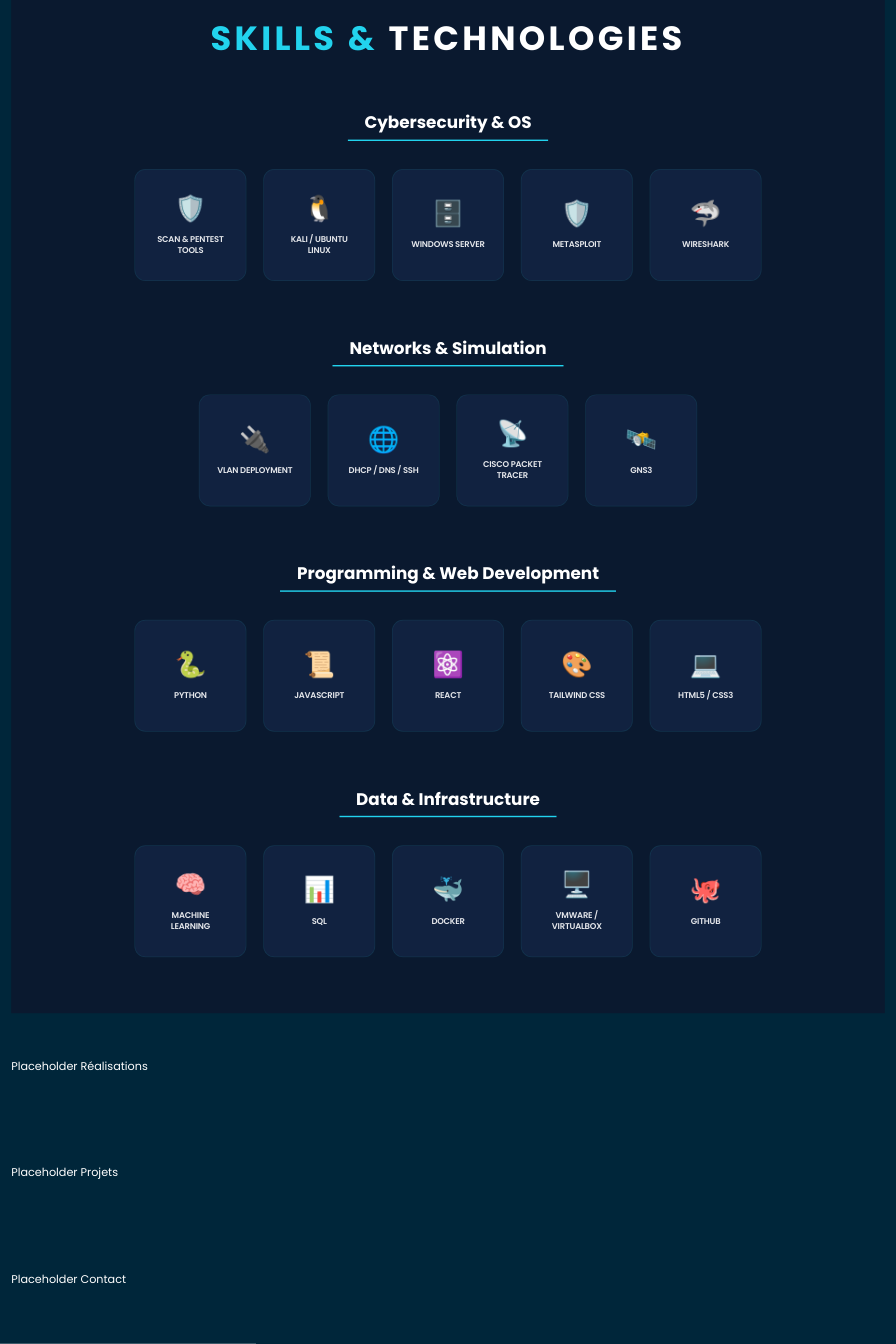
Repository: AntaaaKD/Mon-Portfolio
Page: /
These files come from the project's save history. The page is drawn as it stood at one moment and after a run of saves; the edit follows.
The browser window is 1280 px wide. The pictures show the part of the page from y = 1468 to 3388 px (the page is 3388 px tall), at 70% of full size.
The project was rebuilt for these pictures with package versions that can differ from the ones it lists, and the page was loaded fresh each time.

Above is the page before, as saved 2026-01-14 23:25:39.

### public/index.html
<!DOCTYPE html>
<html lang="en">
  <link href="https://fonts.googleapis.com/css2?family=Poppins:wght@400;600;700&display=swap" rel="stylesheet">
  <head>
    <meta charset="utf-8" />
    <link rel="icon" href="%PUBLIC_URL%/favicon.ico" />
    <meta name="viewport" content="width=device-width, initial-scale=1" />
    <meta name="theme-color" content="#000000" />
    <meta
      name="description"
      content="Web site created using create-react-app"
    />
    <link rel="apple-touch-icon" href="%PUBLIC_URL%/logo192.png" />
    <!--
      manifest.json provides metadata used when your web app is installed on a
      user's mobile device or desktop. See https://developers.google.com/web/fundamentals/web-app-manifest/
    -->
    <link rel="manifest" href="%PUBLIC_URL%/manifest.json" />
    <!--
      Notice the use of %PUBLIC_URL% in the tags above.
      It will be replaced with the URL of the `public` folder during the build.
      Only files inside the `public` folder can be referenced from the HTML.

      Unlike "/favicon.ico" or "favicon.ico", "%PUBLIC_URL%/favicon.ico" will
      work correctly both with client-side routing and a non-root public URL.
      Learn how to configure a non-root public URL by running `npm run build`.
    -->
    <title>React App</title>
  </head>
  <body>
    <noscript>You need to enable JavaScript to run this app.</noscript>
    <div id="root"></div>
    <!--
      This HTML file is a template.
      If you open it directly in the browser, you will see an empty page.

      You can add webfonts, meta tags, or analytics to this file.
      The build step will place the bundled scripts into the <body> tag.

      To begin the development, run `npm start` or `yarn start`.
      To create a production bundle, use `npm run build` or `yarn build`.
    -->
  </body>
</html>

### src/index.css
@tailwind base;
@tailwind components;
@tailwind utilities;

body {
  margin: 0;
  font-family: 'Poppins', sans-serif;
  -webkit-font-smoothing: antialiased;
  -moz-osx-font-smoothing: grayscale;
}

code {
  font-family: source-code-pro, Menlo, Monaco, Consolas, 'Courier New',
    monospace;
}

### src/App.js
import React from 'react';
import Navbar from './components/Navbar';
import Home from './components/Home';  // Ajoute cet import
import About from './components/About';
import Skills from './components/Skills';

function App() {
  return (
    <div className="min-h-screen bg-custom-blue text-white">
      <Navbar />
      <main className="container mx-auto p-4">
        <Home />  {/* Remplace le placeholder */}
        <About />
        <Skills />
        <section id="achievements" className="py-16">Placeholder Réalisations</section>
        <section id="projects" className="py-16">Placeholder Projets</section>
        <section id="contact" className="py-16">Placeholder Contact</section>
      </main>
    </div>
  );
}

export default App;

### src/components/Navbar.jsx
import React, { useState, useEffect } from 'react';

const Navbar = () => {
  const [scrolled, setScrolled] = useState(false);

  useEffect(() => {
    const handleScroll = () => {
      if (window.scrollY > 50) {
        setScrolled(true);
      } else {
        setScrolled(false);
      }
    };

    window.addEventListener('scroll', handleScroll);
    return () => window.removeEventListener('scroll', handleScroll);
  }, []);

  return (
    <nav
        className={`p-4 sticky top-0 z-10 transition-all duration-300 ${
            scrolled
            ? 'bg-custom-blue bg-opacity-0 backdrop-blur-md'  // Semi-transparent (30%) + blur fort
            : 'bg-custom-blue'  // Bleu solide au top
        }`}
    >
        <div className="container mx-auto flex justify-between items-center">
            <h1 className="text-xl font-bold text-blue-text">AD</h1>
            <ul className="flex space-x-6 text-white">
            <li><a href="#home" className="hover:text-cyan-300">Home</a></li>
            <li><a href="#about" className="hover:text-cyan-300">About</a></li>
            <li><a href="#skills" className="hover:text-cyan-300">Skills</a></li>
            <li><a href="#achievements" className="hover:text-cyan-300">Achievements</a></li>
            <li><a href="#projects" className="hover:text-cyan-300">Projects</a></li>
            <li><a href="#contact" className="hover:text-cyan-300">Contact</a></li>
            </ul>
        </div>
    </nav>
  );
};

export default Navbar;

### src/components/Home.jsx
import React, { useEffect, useRef } from 'react';
import Typed from 'typed.js';

const Home = () => {
  // Création d'une référence pour l'élément qui accueillera l'animation
  const el = useRef(null);

  useEffect(() => {
    const typed = new Typed(el.current, {
      strings: [
        "Cybersecurity Engineer",
        "Founder of Sa Muse",
      ],
      typeSpeed: 100,
      backSpeed: 90,
      loop: true,
    });

    // Nettoyage de l'animation pour éviter les bugs de mémoire
    return () => {
      typed.destroy();
    };
  }, []);

  return (
    <section id="home" className="flex flex-col items-center justify-center h-screen text-center px-4">
      <h1 className="text-6xl font-bold mb-4">
        Hi, I'm <span className="text-blue-text">Anta DIOP</span>
      </h1>

      {/* On applique la ref ici pour l'animation */}
      <h2 className="text-2xl font-bold text-cyan-400 mb-6 h-8">
        <span ref={el}></span>
      </h2>

      <p className="text-lg mb-8 max-w-2xl">
        A Cybersecurity Engineer, I am passionate about analyzing, protecting, and detecting threats across systems and networks.
        I am also particularly interested in artificial intelligence applied to cybersecurity, a field that offers highly promising perspectives.
      </p>

      <div className="flex space-x-4">
        <a href="#projects" className="bg-blue-text text-lg px-6 py-3 rounded-full hover:bg-cyan-400 transition">
            View my Projects
        </a>
        <a href="/cv.pdf" download className="px-6 py-3 rounded-full border border-cyan-500 text-lg hover:bg-cyan-500 hover:text-custom-blue transition">
            Download CV
        </a>
      </div>
    </section>
  );
};

export default Home;

### src/components/About.jsx
import React from 'react';

const About = () => {
  return (
    <section id="about" className="py-20 px-4 bg-custom-blue text-white">
      <div className="max-w-6xl mx-auto">
        {/* Titre de la section */}
        <h2 className="text-4xl font-bold text-center mb-16">
          About <span className="text-cyan-400">Me</span>
        </h2>

        <div className="flex flex-col md:flex-row items-center justify-between gap-12">

          {/* Colonne Image avec l'effet de halo bleu */}
          <div className="relative w-64 h-64 md:w-80 md:h-80">
            <div className="absolute inset-0 rounded-full bg-cyan-400 opacity-20 blur-2xl animate-pulse"></div>
            <div className="relative w-full h-full rounded-full border-4 border-cyan-400 overflow-hidden shadow-[0_0_20px_rgba(34,211,238,0.5)]">
              <img
                src="/image1.png"
                alt="Anta DIOP"
                className="w-full h-full object-cover"
              />
            </div>
          </div>

          {/* Colonne Texte */}
          <div className="flex-1 text-center md:text-left">
            <h3 className="text-xl mb-4">
              Hello, I'm <span className="text-cyan-400 font-bold">Anta DIOP</span>
            </h3>
            <p className="text-gray-300 mb-6 leading-relaxed">
              I am a Cybersecurity Systems Engineer, graduated from the École Supérieure Polytechnique of Dakar.
              My journey began with a degree in Telecoms and Networks, leading me to specialize in IT Security.
              I am also deeply interested in Artificial Intelligence, especially its role in enhancing cybersecurity.
            </p>
            <p className="text-gray-300 mb-8 leading-relaxed">
              Alongside my engineering path, I founded <span className="text-cyan-400 font-bold"> Sa Muse: Awaken the muse within you</span>.
              What started as a creative hobby: crochet, evolved into a bespoke clothing business. This venture allows me to channel my creativity while managing an entrepreneurial project I truly love.
            </p>

            {/* Cartes de statistiques (comme sur le modèle) */}
            <div className="flex flex-wrap justify-center md:justify-start gap-4">
              <div className="bg-[#112240] p-4 rounded-xl border border-cyan-900 w-40">
                <p className="text-cyan-400 font-bold text-xl">4+ years</p>
                <p className="text-xs text-gray-400">Experience</p>
              </div>
              <div className="bg-[#112240] p-4 rounded-xl border border-cyan-900 w-40">
                <p className="text-cyan-400 font-bold text-xl">7+ projects</p>
                <p className="text-xs text-gray-400">Completed</p>
              </div>
              <div className="bg-[#112240] p-4 rounded-xl border border-cyan-900 w-40">
                <p className="text-cyan-400 font-bold text-xl">Graduate</p>
                <p className="text-xs text-gray-400">Engineer</p>
              </div>
            </div>
          </div>

        </div>
      </div>
    </section>
  );
};

export default About;

### src/components/Skills.jsx
import React from 'react';

const Skills = () => {
  const skillCategories = [
    {
      domain: "Cybersecurity & OS",
      tools: [
        { name: 'Scan & Pentest Tools', icon: '🛡️' },
        { name: 'Kali / Ubuntu Linux', icon: '🐧' },
        { name: 'Windows Server', icon: '🗄️' },
        { name: 'Metasploit', icon: '🛡️' },
        { name: 'Wireshark', icon: '🦈' }
      ]
    },
    {
      domain: "Networks & Simulation",
      tools: [
        { name: 'VLAN Deployment', icon: '🔌' },
        { name: 'DHCP / DNS / SSH', icon: '🌐' },
        { name: 'Cisco Packet Tracer', icon: '📡' },
        { name: 'GNS3', icon: '🛰️' }
      ]
    },
    {
      domain: "Programming & Web Development",
      tools: [
        { name: 'Python', icon: '🐍' },
        { name: 'JavaScript', icon: '📜' },
        { name: 'React', icon: '⚛️' },
        { name: 'Tailwind CSS', icon: '🎨' },
        { name: 'HTML5 / CSS3', icon: '💻' }
      ]
    },
    {
      domain: "Data & Infrastructure",
      tools: [
        { name: 'Machine Learning', icon: '🧠' },
        { name: 'SQL', icon: '📊' },
        { name: 'Docker', icon: '🐳' },
        { name: 'VMware / Virtualbox', icon: '🖥️' },
        { name: 'GitHub', icon: '🐙' }
      ]
    }
  ];

  return (
    <section id="skills" className="py-20 bg-[#0a192f] text-white">
      <div className="max-w-6xl mx-auto px-4">
        <h2 className="text-5xl font-bold text-center mb-20 text-cyan-400 uppercase tracking-widest">
          Skills & <span className="text-white">Technologies</span>
        </h2>

        <div className="space-y-20">
          {skillCategories.map((category, idx) => (
            <div key={idx} className="flex flex-col items-center">
              {/* Titre du domaine bien centré */}
              <h3 className="text-2xl font-bold mb-10 text-white border-b-2 border-cyan-400 pb-2 px-6">
                {category.domain}
              </h3>

              {/* Grille des outils centrée */}
              <div className="flex flex-wrap justify-center gap-6 w-full">
                {category.tools.map((tool, index) => (
                  <div
                    key={index}
                    className="bg-[#112240] p-6 rounded-2xl border border-cyan-900/40 flex flex-col items-center justify-center w-40 h-40 transition-all duration-300 hover:border-cyan-400 hover:-translate-y-2 hover:shadow-[0_0_20px_rgba(34,211,238,0.15)] group"
                  >
                    <div className="text-4xl mb-4 group-hover:scale-110 transition-transform">
                      {tool.icon}
                    </div>
                    <h4 className="text-xs font-semibold text-gray-200 text-center uppercase tracking-tight">
                      {tool.name}
                    </h4>
                  </div>
                ))}
              </div>
            </div>
          ))}
        </div>
      </div>
    </section>
  );
};

export default Skills;

### tailwind.config.js
/** @type {import('tailwindcss').Config} */
module.exports = {
  content: [
    "./src/**/*.{js,jsx,ts,tsx}",
  ],
  theme: {
    extend: {
      colors: {
        'custom-blue': 'rgb(0, 38, 58)',  // Ton bleu exact ici
        'blue-text': 'rgb(1, 120, 160)',
      },
    },
  },
  plugins: [],
};

Loaded but not shown: src/index.js (common file); src/reportWebVitals.js (common file)

After the next 4 saves:
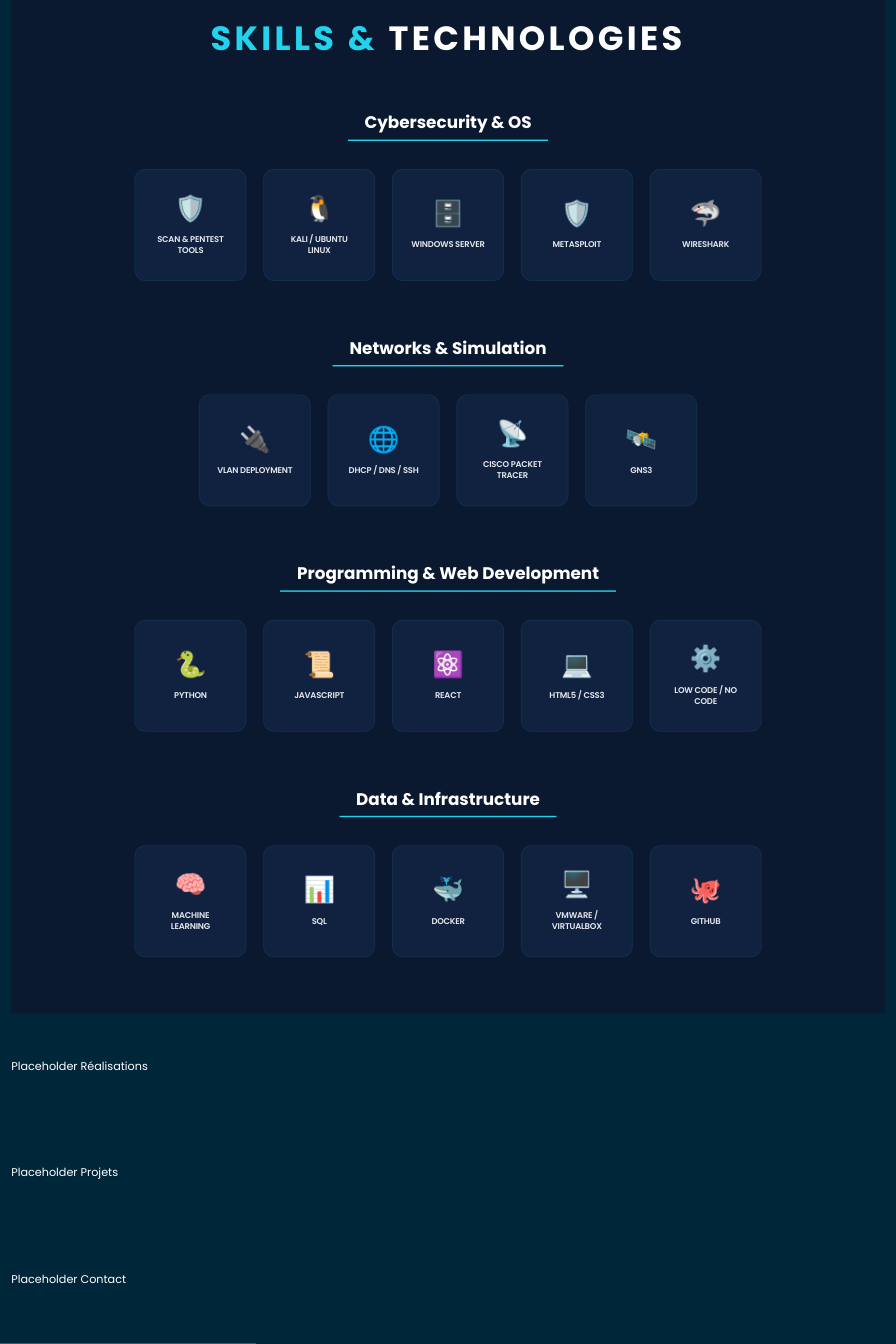
The 4 saves are shown as one change because 1 did not build or start and some came seconds apart.
The last was saved 29 s later.
--- a/src/components/Skills.jsx
+++ b/src/components/Skills.jsx
@@ -27,8 +27,8 @@ const Skills = () => {
         { name: 'Python', icon: '🐍' },
         { name: 'JavaScript', icon: '📜' },
         { name: 'React', icon: '⚛️' },
-        { name: 'Tailwind CSS', icon: '🎨' },
-        { name: 'HTML5 / CSS3', icon: '💻' }
+        { name: 'HTML5 / CSS3', icon: '💻' },
+        { name: 'Low Code / No Code', icon: '⚙️' },
       ]
     },
     {
